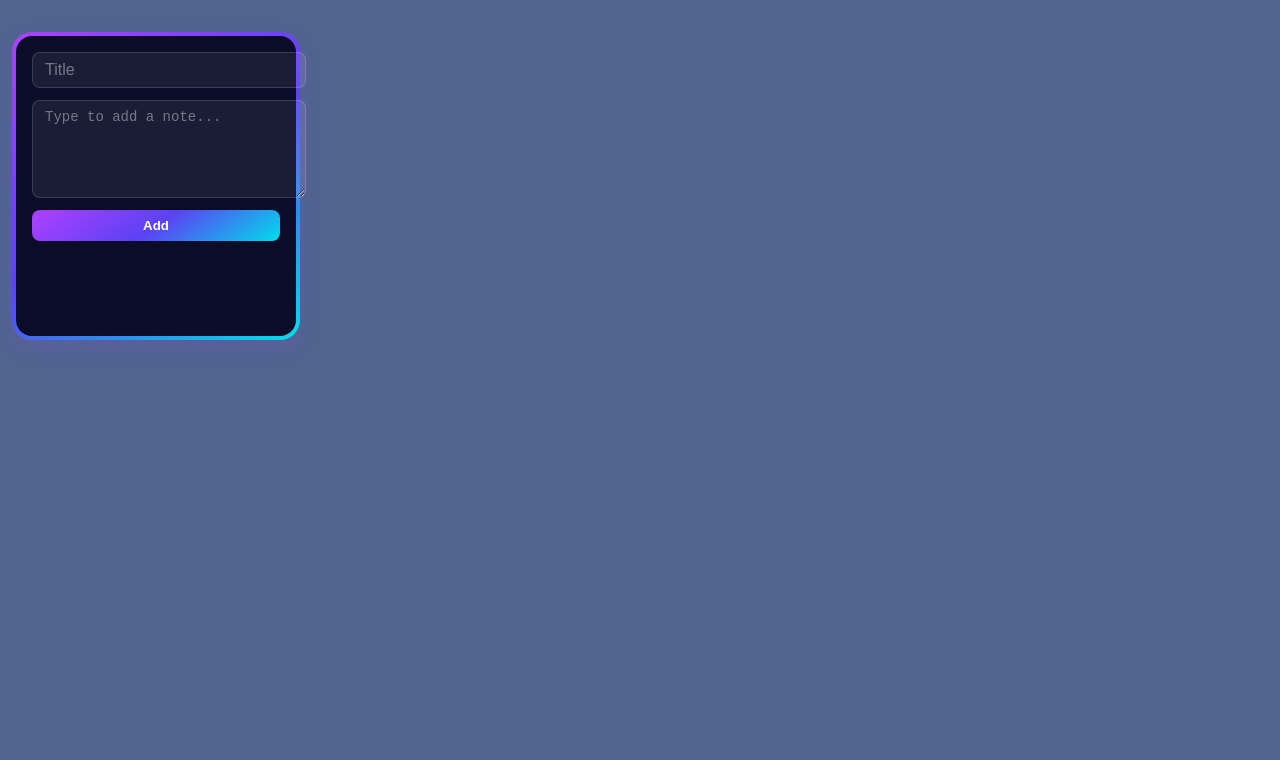
Repository: AJANI2005/Notes-App
Page: /
An editor plug-in stored every save of this project. The page is shown before and after the next save, followed by the edit.
The browser window is 1280 px wide. The pictures show the whole page.
The project was rebuilt for these pictures with package versions that can differ from the ones it lists, and the page was loaded fresh each time. Also part of the build but not shown: vite.config.ts, src/App.css, src/style/dialogbox.css, src/DialogBox.tsx.

Above is the page before, as saved 2025-07-31 18:49:21.

### src/index.css
:root {
  font-family: system-ui, Avenir, Helvetica, Arial, sans-serif;
  font-synthesis: none;
  text-rendering: optimizeLegibility;
  -webkit-font-smoothing: antialiased;
  -moz-osx-font-smoothing: grayscale;
}

body {
    margin: 0;
    font-family: 'Inter', sans-serif;
    min-height: 100vh;
    padding: 20px 0;
    background-color: #50648f;
    color: white;
}

### src/App.tsx
import { useEffect, useState } from 'react';

// styles
import "./App.css"
import "./style/note.css"
import DialogBox from './DialogBox';


interface Note {
  id: number
  title: string;
  text: string;
}

const Note = () => {
  const [text, setText] = useState('');
  const [title, setTitle] = useState('');


  //Initialize Local Storage
  useEffect(() => {
    if (!localStorage.getItem("notes")) {
      localStorage.setItem("notes", JSON.stringify([]))
    }
    if (localStorage.getItem("title")) {
      setTitle(JSON.parse(localStorage.getItem("title")!))
    }
    if (localStorage.getItem("text")) {
      setText(JSON.parse(localStorage.getItem("text")!))
    }
  }, [])

  // Store Current Data (On Refresh)
  useEffect(() => {
    if (text === '' && title === '') return
    localStorage.setItem("title", JSON.stringify(title))
    localStorage.setItem("text", JSON.stringify(text))
  }, [text, title])

  const createNote = () => {
    const note = {
      id: Date.now(),
      title: title,
      text: text
    } as Note

    // add note
    const notes = JSON.parse(localStorage.getItem("notes")!)
    notes.push(note)
    localStorage.setItem("notes", JSON.stringify(notes))

    // reset state
    setTitle("")
    setText("")
    localStorage.setItem("title", JSON.stringify(""))
    localStorage.setItem("text", JSON.stringify(""))
  }

  return (
    <form className='note'>
      <div className="note-content">
        <input
          value={title}
          placeholder='Title'
          onChange={(e) => setTitle(e.target.value)}
          type="text" className='note-title-input' />
        <textarea
          value={text}
          onChange={(e) => setText(e.target.value)}
          className='note-input'
          placeholder='Type to add a note...'></textarea>
        <button className='addBtn' onClick={createNote}>Add</button>
      </div>

    </form>
  )
}

function App() {

  const [notes, setNotes] = useState([]);



  const [editing, setEditing] = useState(false);
  const [currentNote, setCurrentNote] = useState<Note | undefined>(undefined);


  //Initialize Local Storage
  useEffect(() => {
    if (localStorage.getItem("notes")) {
      setNotes(JSON.parse(localStorage.getItem("notes")!))
    }
  }, [])

  //Save current note
  const saveNote = () => {
    const notes = JSON.parse(localStorage.getItem("notes")!)
    const index = notes.findIndex((note: Note) => note.id === currentNote?.id)
    notes[index] = currentNote
    localStorage.setItem("notes", JSON.stringify(notes))
    setEditing(false)
    // refresh
    window.location.reload()
  }
  //Delete note
  const deleteNote = () => {
    const notes = JSON.parse(localStorage.getItem("notes")!)
    const index = notes.findIndex((note: Note) => note.id === currentNote?.id)
    notes.splice(index, 1)
    localStorage.setItem("notes", JSON.stringify(notes))
    setEditing(false)
    // refresh
    window.location.reload()
  }

  return (
    <div className='app'>
      <Note />
      {/* Display Notes */}
      <div className='notes-grid'>
        {notes.map((note: Note, index) => (
          <div key={index} className='note'>
            <div className='note-content'>
              <h2 className='note-title'>{note.title}</h2>
              <p className='note-text'>{note.text}</p>
              <button className='deleteBtn'
                onClick={deleteNote}>✖</button>
              <button className='editBtn' onClick={() => {
                setEditing(true);
                setCurrentNote(note);
              }}
              >📝</button>
            </div>
          </div>))}
      </div>

      {/* Edit Dialog Box */}
      <DialogBox isOpen={editing} onClose={() => setEditing(false)}>
        <form className='note'>
          <div className='note-content'>
            <input
              value={currentNote?.title}
              placeholder='Title'
              onChange={(e) => setCurrentNote({ ...currentNote, title: e.target.value } as Note)}
              type="text" className='note-title-input' />

            <textarea
              value={currentNote?.text}
              onChange={(e) => setCurrentNote({ ...currentNote, text: e.target.value } as Note)}
              className='note-input'
              placeholder='Type to add a note...'></textarea>

            <button className='addBtn' onClick={() => {
              saveNote()
              setEditing(false)
            }}>Save</button>
          </div>
        </form>
      </DialogBox>
    </div>
  )
}

export default App

### src/style/note.css
/* --- Note Card --- */
.note {
  display: flex;
  flex-direction: column;
  width: 280px;
  height: 300px;
  padding: 4px; /* inner spacing for gradient border */
  border-radius: 20px;
  background: linear-gradient(145deg, #af40ff, #5b42f3 50%, #00ddeb);
  box-shadow: rgba(151, 65, 252, 0.15) 0 8px 20px;
  margin: 12px;
  position: relative;
  transition: transform 0.2s ease, box-shadow 0.2s ease;
}

.note:hover {
  transform: translateY(-4px);
  box-shadow: rgba(151, 65, 252, 0.25) 0 12px 28px;
}

/* Inner dark container */
.note-content {
  flex: 1;
  display: flex;
  flex-direction: column;
  gap: 12px;
  padding: 16px;
  padding-bottom: 56px; /* space for buttons */
  border-radius: 16px;
  background: rgb(10, 12, 40);
  color: white;
  position: relative;
}

/* --- Inputs --- */
.note-title-input,
.note-input {
  width: 100%;
  border-radius: 8px;
  border: 1px solid rgba(255, 255, 255, 0.15);
  background: rgba(255, 255, 255, 0.07);
  color: white;
  outline: none;
  transition: 0.2s border-color, 0.2s background-color;
}

.note-title-input::placeholder,
.note-input::placeholder {
  color: rgba(255, 255, 255, 0.4);
}

.note-title-input {
  padding: 8px 12px;
  font-size: 16px;
  font-weight: 500;
}

.note-input {
  min-height: 80px;
  padding: 8px 12px;
  font-size: 14px;
  resize: vertical;
}

.note-title-input:focus,
.note-input:focus {
  border-color: #00ddeb;
  background: rgba(255, 255, 255, 0.12);
}

/* --- Buttons --- */
.addBtn {
  background: linear-gradient(145deg, #af40ff, #5b42f3 50%, #00ddeb);
  color: white;
  border: none;
  padding: 8px 12px;
  border-radius: 8px;
  font-weight: 600;
  cursor: pointer;
  transition: transform 0.2s ease, filter 0.2s ease;
}

.addBtn:hover {
  transform: scale(1.05);
  filter: brightness(1.1);
}

/* Action buttons */
.deleteBtn,
.editBtn {
  position: absolute;
  bottom: 12px;
  border: none;
  padding: 6px 12px;
  font-size: 13px;
  font-weight: 600;
  border-radius: 6px;
  cursor: pointer;
  color: white;
  transition: transform 0.2s ease, filter 0.2s ease;
}

.deleteBtn {
  left: 12px;
  background-color: #ff5c5c;
}
.deleteBtn:hover {
  transform: scale(1.05);
  filter: brightness(1.1);
}

.editBtn {
  left: 72px;
  background-color: #4ff10f;
  color: #111;
}
.editBtn:hover {
  transform: scale(1.05);
  filter: brightness(1.05);
}

/* --- Note Display --- */
.note-title {
  font-size: 18px;
  font-weight: 600;
  color: white;
  margin-bottom: 4px;
}

.note-text {
  font-size: 14px;
  color: rgba(255, 255, 255, 0.85);
  line-height: 1.5;
  white-space: pre-wrap;
}

/* --- Grid for Notes --- */
.notes-grid {
  display: grid;
  grid-template-columns: repeat(auto-fill, minmax(250px, 1fr));
  gap: 24px;
  padding: 20px;
  justify-items: center;
}

Loaded but not shown: index.html (common file); src/main.tsx (common file)

After the next save:
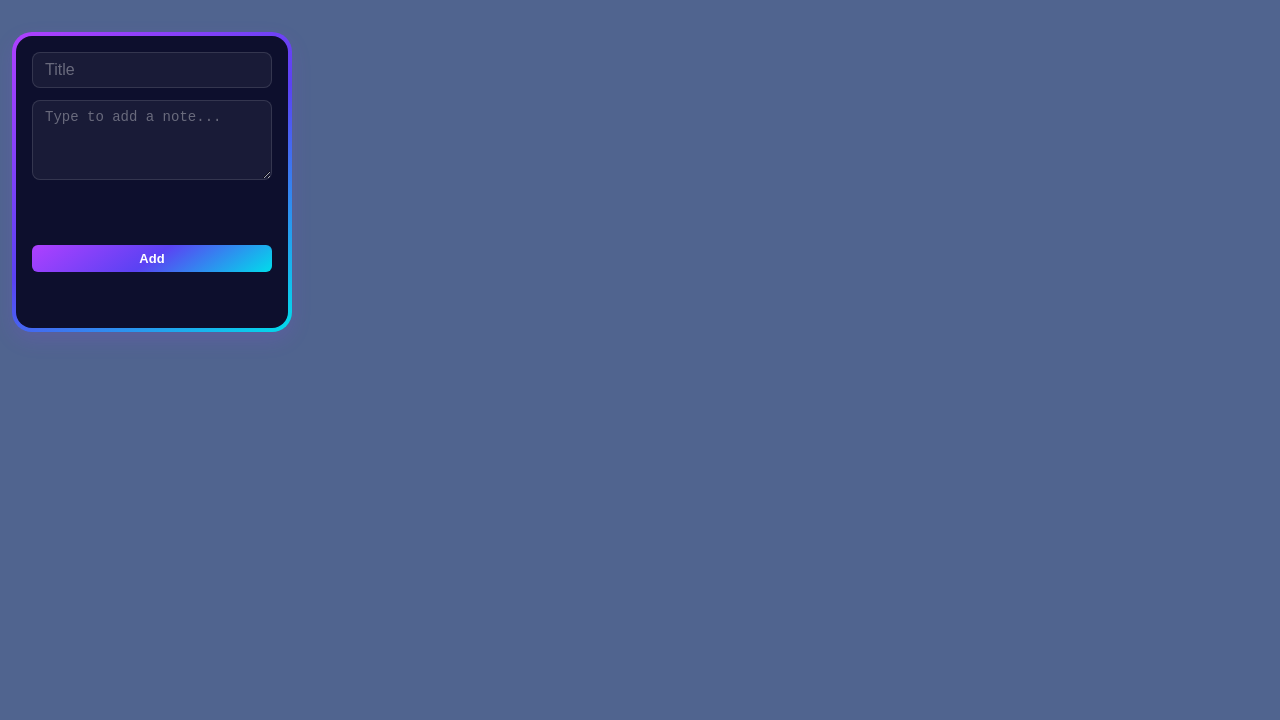
Saved 61 s later.
--- a/src/style/note.css
+++ b/src/style/note.css
@@ -1,16 +1,24 @@
+/* Make all elements respect card boundaries */
+*,
+*::before,
+*::after {
+  box-sizing: border-box;
+}
+
 /* --- Note Card --- */
 .note {
   display: flex;
   flex-direction: column;
   width: 280px;
   height: 300px;
-  padding: 4px; /* inner spacing for gradient border */
+  padding: 4px; /* Gradient border thickness */
   border-radius: 20px;
   background: linear-gradient(145deg, #af40ff, #5b42f3 50%, #00ddeb);
   box-shadow: rgba(151, 65, 252, 0.15) 0 8px 20px;
   margin: 12px;
   position: relative;
   transition: transform 0.2s ease, box-shadow 0.2s ease;
+  overflow: hidden; /* ensures no element spills outside */
 }
 
 .note:hover {
@@ -18,7 +26,7 @@
   box-shadow: rgba(151, 65, 252, 0.25) 0 12px 28px;
 }
 
-/* Inner dark container */
+/* Inner dark surface */
 .note-content {
   flex: 1;
   display: flex;
@@ -27,9 +35,10 @@
   padding: 16px;
   padding-bottom: 56px; /* space for buttons */
   border-radius: 16px;
-  background: rgb(10, 12, 40);
+  background: #0d0f2d;
   color: white;
   position: relative;
+  overflow: hidden;
 }
 
 /* --- Inputs --- */
@@ -37,59 +46,40 @@
 .note-input {
   width: 100%;
   border-radius: 8px;
-  border: 1px solid rgba(255, 255, 255, 0.15);
-  background: rgba(255, 255, 255, 0.07);
+  border: 1px solid rgba(255, 255, 255, 0.12);
+  background: rgba(255, 255, 255, 0.05);
   color: white;
   outline: none;
+  padding: 8px 12px;
   transition: 0.2s border-color, 0.2s background-color;
 }
 
 .note-title-input::placeholder,
 .note-input::placeholder {
-  color: rgba(255, 255, 255, 0.4);
+  color: rgba(255, 255, 255, 0.35);
 }
 
 .note-title-input {
-  padding: 8px 12px;
   font-size: 16px;
   font-weight: 500;
 }
 
 .note-input {
   min-height: 80px;
-  padding: 8px 12px;
   font-size: 14px;
   resize: vertical;
 }
 
 .note-title-input:focus,
 .note-input:focus {
-  border-color: #00ddeb;
-  background: rgba(255, 255, 255, 0.12);
+  border-color: #5b42f3;
+  background: rgba(255, 255, 255, 0.1);
 }
 
 /* --- Buttons --- */
-.addBtn {
-  background: linear-gradient(145deg, #af40ff, #5b42f3 50%, #00ddeb);
-  color: white;
-  border: none;
-  padding: 8px 12px;
-  border-radius: 8px;
-  font-weight: 600;
-  cursor: pointer;
-  transition: transform 0.2s ease, filter 0.2s ease;
-}
-
-.addBtn:hover {
-  transform: scale(1.05);
-  filter: brightness(1.1);
-}
-
-/* Action buttons */
+.addBtn,
 .deleteBtn,
 .editBtn {
-  position: absolute;
-  bottom: 12px;
   border: none;
   padding: 6px 12px;
   font-size: 13px;
@@ -100,10 +90,29 @@
   transition: transform 0.2s ease, filter 0.2s ease;
 }
 
+/* Primary Add Button */
+.addBtn {
+  background: linear-gradient(145deg, #af40ff, #5b42f3 50%, #00ddeb);
+  margin-top: auto;
+}
+
+.addBtn:hover {
+  transform: scale(1.05);
+  filter: brightness(1.1);
+}
+
+/* Action buttons at bottom-left */
+.deleteBtn,
+.editBtn {
+  position: absolute;
+  bottom: 12px;
+}
+
 .deleteBtn {
   left: 12px;
-  background-color: #ff5c5c;
+  background: linear-gradient(145deg, #ff416c, #ff4b2b); /* neon pink-red */
 }
+
 .deleteBtn:hover {
   transform: scale(1.05);
   filter: brightness(1.1);
@@ -111,12 +120,13 @@
 
 .editBtn {
   left: 72px;
-  background-color: #4ff10f;
-  color: #111;
+  background: linear-gradient(145deg, #00c9ff, #92fe9d); /* cyan-green neon */
+  color: #0d0f2d;
 }
+
 .editBtn:hover {
   transform: scale(1.05);
-  filter: brightness(1.05);
+  filter: brightness(1.1);
 }
 
 /* --- Note Display --- */
